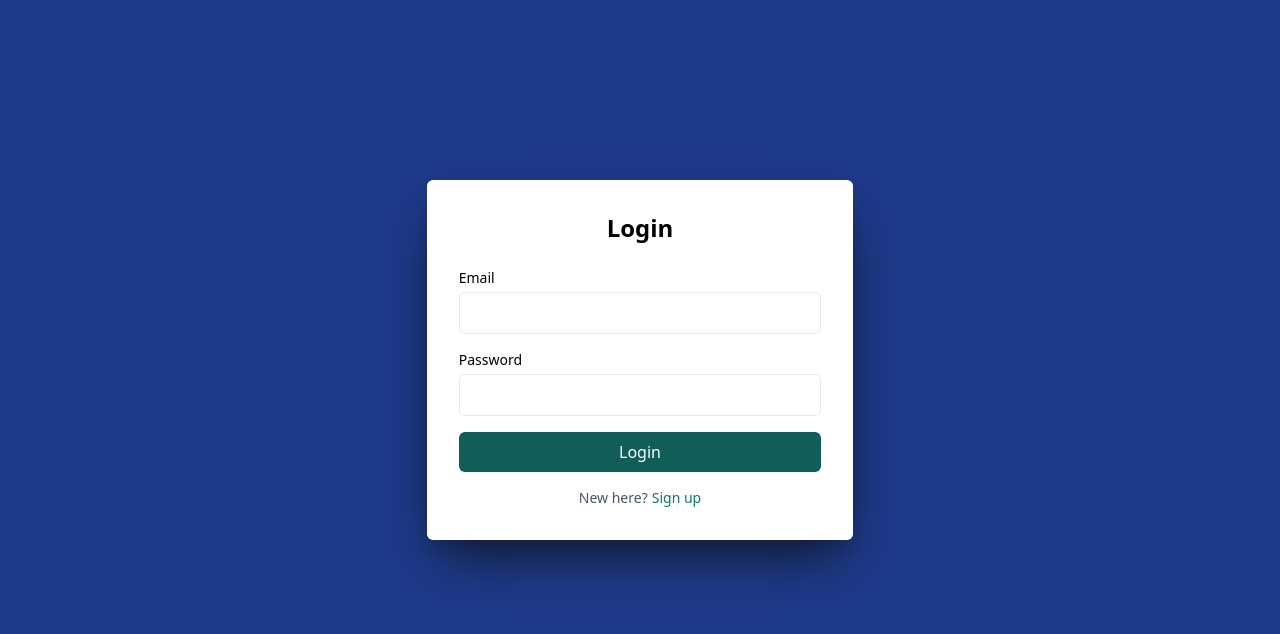
Repository: alizey12/POS-React-website
Page: /
These files come from the project's save history. The page is drawn as it stood at one moment and after the next save; the edit follows.
The browser window is 1280 px wide. The pictures show the whole page.
The project was rebuilt for these pictures with package versions that can differ from the ones it lists, and the page was loaded fresh each time. Also part of the build but not shown: vite.config.js, src/navbar.jsx, src/sidebar.jsx, src/Dashboard.jsx.

Above is the page before, as saved 2024-12-31 15:39:05.

### src/App.jsx
import { BrowserRouter as Router, Routes, Route } from 'react-router-dom';
import LoginPage from "./login"
import Dashboard from './Dashboard';

function App() {
  return (
    <Router>
      <Routes>
        <Route path="/" element={<LoginPage />} />
        <Route path="/dashboard" element={<Dashboard />} />
      </Routes>
    </Router>
  );
}

export default App;

### src/login.jsx
import { useState } from 'react';
import toast, { Toaster } from 'react-hot-toast';
import { useNavigate } from 'react-router-dom';

const SignupLogin = () => {
  const [isLogin, setIsLogin] = useState(true);
  const [formData, setFormData] = useState({
    email: '',
    password: '',
    confirmPassword: '',
  });
  const [errors, setErrors] = useState({});
  const [storedUser, setStoredUser] = useState(null);
  const navigate = useNavigate();

  const toggleForm = () => setIsLogin(!isLogin);

  const handleChange = (e) => {
    const { name, value } = e.target;
    setFormData({ ...formData, [name]: value });
    setErrors({ ...errors, [name]: '' }); // Clear error on change
  };

  const validateForm = () => {
    const newErrors = {};
    if (!formData.email) newErrors.email = 'Please enter email';
    if (!formData.password) newErrors.password = 'Please enter password';
    if (!isLogin && formData.password !== formData.confirmPassword) {
      newErrors.confirmPassword = 'Passwords do not match';
    }
    setErrors(newErrors);
    return Object.keys(newErrors).length === 0;
  };

  const handleSubmit = (e) => {
    e.preventDefault();
    if (!validateForm()) return;

    const { email, password } = formData;

    if (isLogin) {
      if (storedUser && email === storedUser.email && password === storedUser.password) {
        toast.success('Login successful!');
        setTimeout(() => navigate('/dashboard'), 1500);
      } else {
        toast.error('Your email or password is incorrect. Please try again.');
      }
    } else {
      setStoredUser({ email, password });
      toast.success('Signup successful!');
      setTimeout(() => setIsLogin(true), 1500);
    }
  };

  return (
    <div className="flex items-center justify-center min-h-screen  bg-blue-900 to-yellow-500">
      <div className=" bg-white w-1/3 shadow-lg rounded-lg">

        <div className="w-full bg-white rounded-md shadow-gray-900 shadow-2xl p-8 justify-center">
          <h2 className="text-2xl font-bold text-center ">
            {isLogin ? 'Login' : 'Sign Up'}
          </h2>
          <form onSubmit={handleSubmit} className="mt-6 space-y-4">
            <div>
              <label className="block text-sm font-medium ">Email</label>
              <input
                type="email"
                name="email"
                value={formData.email}
                onChange={handleChange}
                className="mt-1 block w-full p-2 border rounded-md focus:outline-none focus:ring-blue-500 focus:border-blue-500"
              />
              {errors.email && <p className="text-red-500 text-sm mt-1">{errors.email}</p>}
            </div>
            <div>
              <label className="block text-sm font-medium ">Password</label>
              <input
                type="password"
                name="password"
                value={formData.password}
                onChange={handleChange}
                className="mt-1 block w-full p-2 border rounded-md focus:outline-none focus:ring-blue-500 focus:border-blue-500"
              />
              {errors.password && <p className="text-red-500 text-sm mt-1">{errors.password}</p>}
            </div>
            {!isLogin && (
              <div>
                <label className="block text-sm font-medium ">Confirm Password</label>
                <input
                  type="password"
                  name="confirmPassword"
                  value={formData.confirmPassword}
                  onChange={handleChange}
                  className="mt-1 block w-full p-2 border rounded-md focus:outline-none focus:ring-blue-500 focus:border-blue-500"
                />
                {errors.confirmPassword && <p className="text-red-500 text-sm mt-1">{errors.confirmPassword}</p>}
              </div>
            )}
            <button
              type="submit"
              className="w-full bg-teal-800 text-white p-2 rounded-md hover:bg-teal-600 focus:outline-none focus:ring-2 focus:ring-blue-500 focus:ring-offset-2"
            >
              {isLogin ? 'Login' : 'Sign Up'}
            </button>
          </form>
          <p className="text-center text-sm text-gray-600 mt-4">
            {isLogin ? 'New here?' : 'Already have an account?'}
            <button
              type="button"
              onClick={toggleForm}
              className="ml-1 text-teal-700 hover:underline"
            >
              {isLogin ? 'Sign up' : 'Login'}
            </button>
          </p>
        </div>
      </div>
      <Toaster />
    </div>
  );
};

export default SignupLogin;

Loaded but not shown: index.html (common file); src/main.jsx (common file); src/index.css (common file); tailwind.config.js (common file)

After the next save:
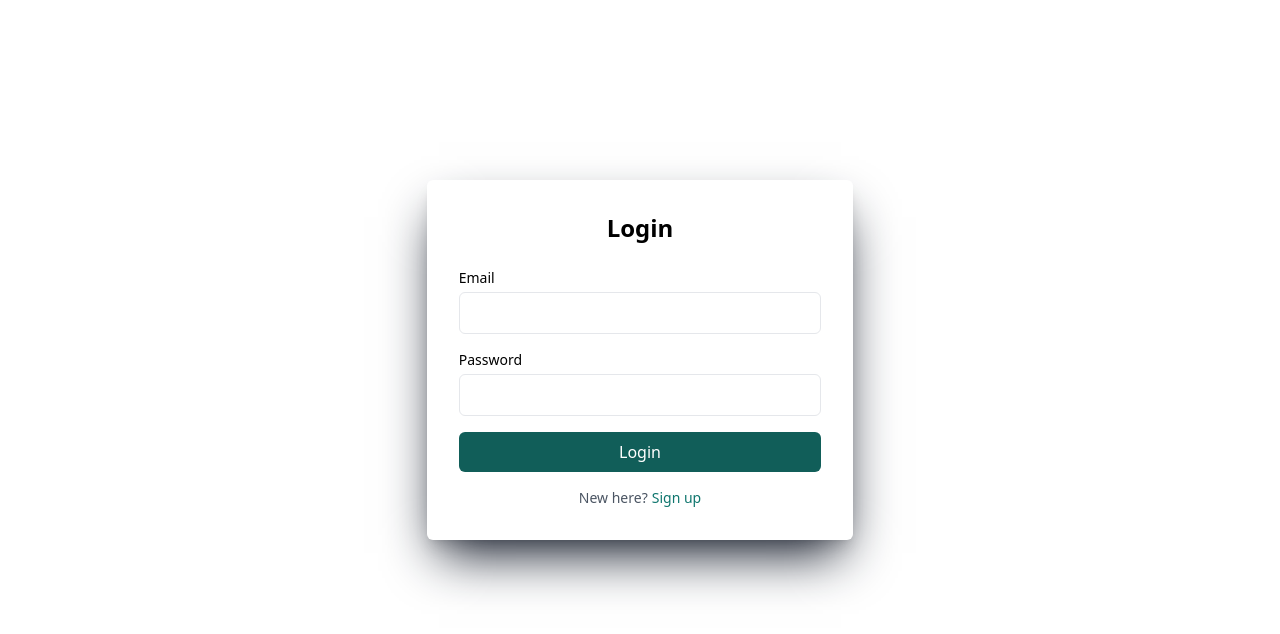
Saved 10 s later.
--- a/src/login.jsx
+++ b/src/login.jsx
@@ -53,7 +53,7 @@ const SignupLogin = () => {
   };
 
   return (
-    <div className="flex items-center justify-center min-h-screen  bg-blue-900 to-yellow-500">
+    <div className="flex items-center justify-center min-h-screen bg- to-yellow-500">
       <div className=" bg-white w-1/3 shadow-lg rounded-lg">
 
         <div className="w-full bg-white rounded-md shadow-gray-900 shadow-2xl p-8 justify-center">
